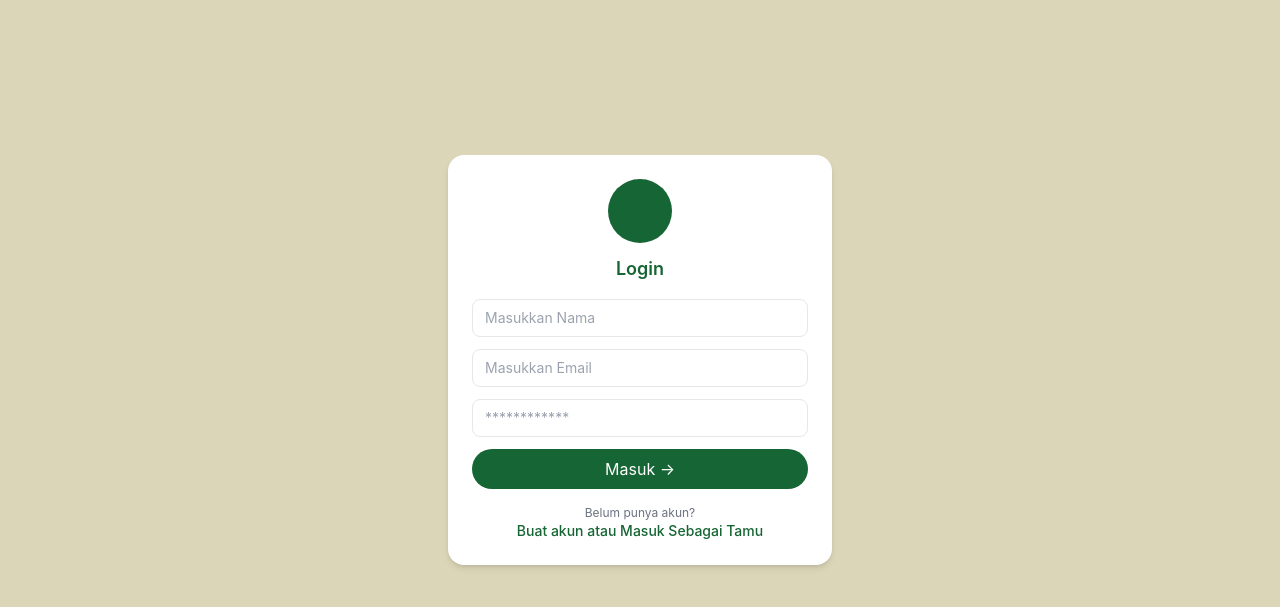
Repository: PajarAland/DiagramCoffee
Page: /login
These files come from the project's save history. The page is drawn as it stood at one moment and after the next save; the edit follows.
The browser window is 1280 px wide. The pictures show the whole page.
The project was rebuilt for these pictures with package versions that can differ from the ones it lists, and the page was loaded fresh each time. Also part of the build but not shown: vite.config.js, src/pages/Landing.jsx.

Above is the page before, as saved 2026-04-25 01:02:58.

After the next save:
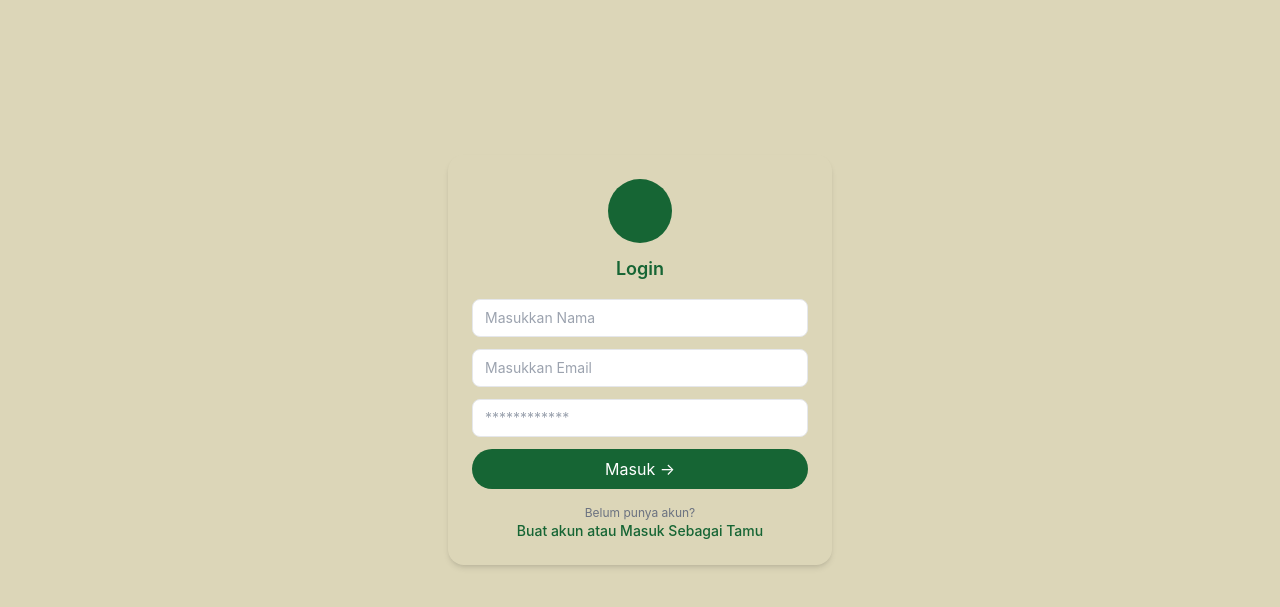
Saved 89 s later.
--- a/src/pages/Login.jsx
+++ b/src/pages/Login.jsx
@@ -12,7 +12,7 @@ function Login() {
 
   return (
     <div className="min-h-screen bg-[#dcd6b8] flex items-center justify-center">
-      <div className="bg-white w-full max-w-sm rounded-2xl p-6 shadow-md text-center">
+      <div className="bg-[FDFBF8] w-full max-w-sm rounded-2xl p-6 shadow-md text-center">
 
         {/* Avatar */}
         <div className="w-16 h-16 bg-green-800 rounded-full mx-auto mb-3"></div>
